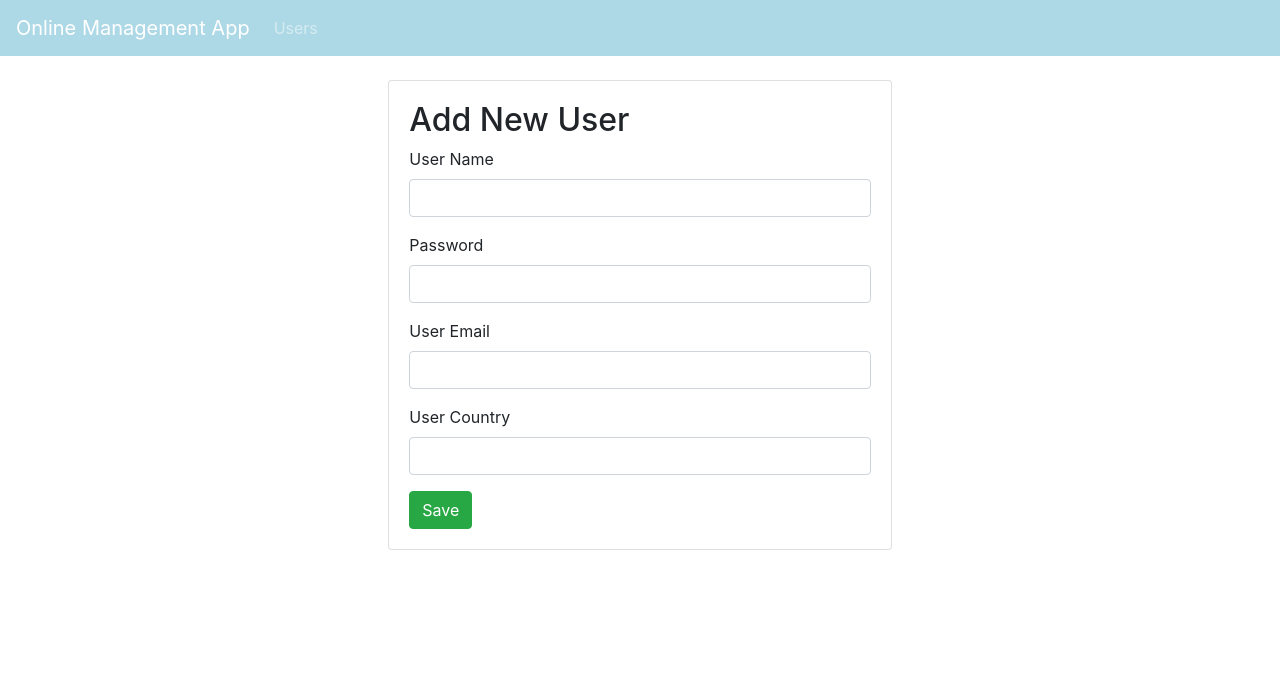
Repository: chamoddevinda0001/myfirstServelet
Page: http://localhost/OnlineEventManagementSystem/new
An editor plug-in stored every save of this project. The page is shown before and after the next save, followed by the edit.
The browser window is 1280 px wide. The pictures show the whole page.
The page is served by Tomcat 9. Other server files are loaded and not shown.

Above is the page before, as saved 2020-10-15 15:23:28.

### OnlineEventManagementSystem/WebContent/user-form.jsp
<%@ page language="java" contentType="text/html; charset=UTF-8"
	pageEncoding="UTF-8"%>
<%@ taglib uri="http://java.sun.com/jsp/jstl/core" prefix="c"%>
<!DOCTYPE html>
<html>
<html>
<head>
<title>Online Management Application</title>
<link rel="stylesheet"
	href="https://stackpath.bootstrapcdn.com/bootstrap/4.3.1/css/bootstrap.min.css"
	integrity="sha384-ggOyR0iXCbMQv3Xipma34MD+dH/1fQ784/j6cY/iJTQUOhcWr7x9JvoRxT2MZw1T"
	crossorigin="anonymous">
</head>
<body>

	<header>
		<nav class="navbar navbar-expand-md navbar-dark"
			style="background-color: #ADD8E6;">
			<div>
				<a href="https://www.javaguides.net" class="navbar-brand"> Online Management App </a>
			</div>

			<ul class="navbar-nav">
				<li><a href="<%=request.getContextPath()%>/list"
					class="nav-link">Users</a></li>
			</ul>
		</nav>
	</header>
	<br>
	<div class="container col-md-5">
		<div class="card">
			<div class="card-body">
				<c:if test="${user != null}">
					<form action="update" method="post">
				</c:if>
				<c:if test="${user == null}">
					<form action="insert" method="post">
				</c:if>

				<caption>
					<h2>
						<c:if test="${user != null}">
            			Edit User
            		</c:if>
						<c:if test="${user == null}">
            			Add New User
            		</c:if>
					</h2>
				</caption>

				<c:if test="${user != null}">
					<input type="hidden" name="idnumber" value="<c:out value='${user.idnumber}' />" />
				</c:if>

				<fieldset class="form-group">
					<label>User Name</label> <input type="text"
						value="<c:out value='${user.username}' />" class="form-control"
						name="username" required="required">
				</fieldset>

				<fieldset class="form-group">
					<label>Password</label> <input type="password"
						value="<c:out value='${user.password}' />" class="form-control"
						name="password" required="required">
				</fieldset>

				<fieldset class="form-group">
					<label>User Email</label> <input type="email"
						value="<c:out value='${user.email}' />" class="form-control"
						name="email">
				</fieldset>

				<fieldset class="form-group">
					<label>User Country</label> <input type="text"
						value="<c:out value='${user.country}' />" class="form-control"
						name="country">
				</fieldset>

				<button type="submit" class="btn btn-success">Save</button>
				</form>
			</div>
		</div>
	</div>
</body>
</html>

### OnlineEventManagementSystem/src/jsp/usermanagement/web/UserServlet.java
package jsp.usermanagement.web;

import java.io.IOException;
import java.sql.SQLException;
import java.util.List;

import javax.servlet.RequestDispatcher;
import javax.servlet.ServletException;
import javax.servlet.annotation.WebServlet;
import javax.servlet.http.HttpServlet;
import javax.servlet.http.HttpServletRequest;
import javax.servlet.http.HttpServletResponse;

import jsp.usermanagement.dao.UserDAO;
import jsp.usermanagement.model.User;


/**
 * Servlet implementation class UserServlet
 */
@WebServlet("/")
public class UserServlet extends HttpServlet {
	private static final long serialVersionUID = 1L;
	private UserDAO userDAO;

	public void init() {
		userDAO = new UserDAO();
	}

    /**
     * @see HttpServlet#HttpServlet()
     */
    public UserServlet() {
        super();
        // TODO Auto-generated constructor stub
    }



    /**
	 * @see HttpServlet#doPost(HttpServletRequest request, HttpServletResponse response)
	 */
	protected void doPost(HttpServletRequest request, HttpServletResponse response) throws ServletException, IOException {
		// TODO Auto-generated method stub
		doGet(request, response);
	}

	/**
	 * @see HttpServlet#doGet(HttpServletRequest request, HttpServletResponse response)
	 */
	protected void doGet(HttpServletRequest request, HttpServletResponse response)
			throws ServletException, IOException {
		String action = request.getServletPath();

		try {
			switch (action) {
			case "/new":
				showNewForm(request, response);
				break;
			case "/insert":
				insertUser(request, response);
				break;
			case "/delete":
				deleteUser(request, response);
				break;
			case "/edit":
				showEditForm(request, response);
				break;
			case "/update":
				updateUser(request, response);
				break;
			default:
				listUser(request, response);
				break;
			}
		}catch (SQLException ex) {
			throw new ServletException(ex);
		}
	}

	private void listUser(HttpServletRequest request, HttpServletResponse response)
			throws SQLException, IOException, ServletException {
		List<User> listUser = userDAO.selectAllUsers();
		request.setAttribute("listUser", listUser);
		RequestDispatcher dispatcher = request.getRequestDispatcher("user-list.jsp");
		dispatcher.forward(request, response);
	}


	private void showNewForm(HttpServletRequest request, HttpServletResponse response)
			throws ServletException, IOException {
		RequestDispatcher dispatcher = request.getRequestDispatcher("user-form.jsp");
		dispatcher.forward(request, response);
	}

	private void showEditForm(HttpServletRequest request, HttpServletResponse response)
			throws SQLException, ServletException, IOException {
		int idnumber = Integer.parseInt(request.getParameter("idnumber"));
		User existingUser = userDAO.selectUser(idnumber);
		RequestDispatcher dispatcher = request.getRequestDispatcher("user-form.jsp");
		request.setAttribute("user", existingUser);
		dispatcher.forward(request, response);

	}

	private void insertUser(HttpServletRequest request, HttpServletResponse response)
			throws SQLException, IOException {
		int idnumber 		= Integer.parseInt(request.getParameter("idnumber"));
		 String username	= request.getParameter("username");
		 String	password	= request.getParameter("password");
		 String email		= request.getParameter("email");
		 String contactno	= request.getParameter("contactno");
		 String occupation	= request.getParameter("occupation");
		 String address		= request.getParameter("address");
		 String country 	= request.getParameter("country");

		 User user = new User( idnumber, username, password, email, contactno, occupation,address, country);

		userDAO.insertUser(user);
		response.sendRedirect("list");
	}

	private void updateUser(HttpServletRequest request, HttpServletResponse response)
			throws SQLException, IOException {
		 String username	= request.getParameter("username");
		 String	password	= request.getParameter("password");
		 String email		= request.getParameter("email");
		 String contactno	= request.getParameter("contactno");
		 String occupation	= request.getParameter("occupation");
		 String address		= request.getParameter("address");
		 String country 	= request.getParameter("country");

		User book = new User( username, password, email, contactno, occupation,address, country);

		userDAO.updateUser(book);
		response.sendRedirect("list");
	}

	private void deleteUser(HttpServletRequest request, HttpServletResponse response)
			throws SQLException, IOException {
		int idnumber = Integer.parseInt(request.getParameter("idnumber"));
		userDAO.deleteUser(idnumber);
		response.sendRedirect("list");

	}

}

After the next save:
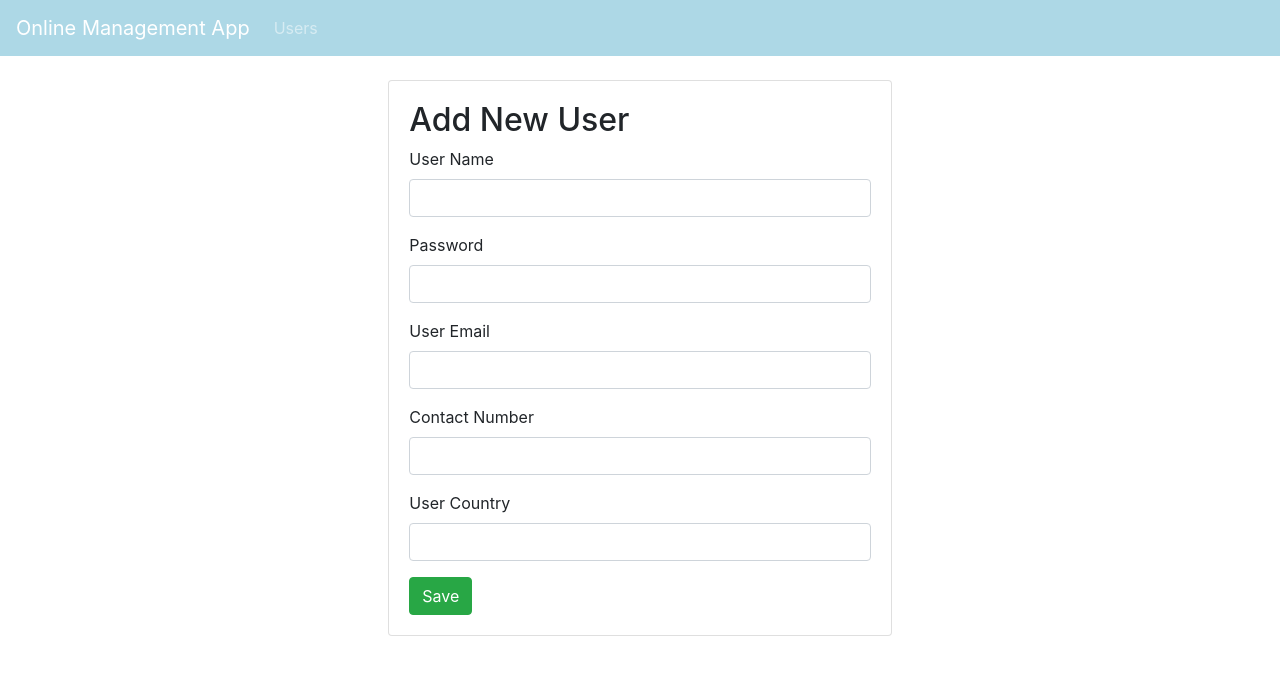
Saved 102 s later.
--- a/OnlineEventManagementSystem/WebContent/user-form.jsp
+++ b/OnlineEventManagementSystem/WebContent/user-form.jsp
@@ -71,6 +71,12 @@
 				</fieldset>
 
 				<fieldset class="form-group">
+					<label>Contact Number</label> <input type="number"
+						value="<c:out value='${user.contactno}' />" class="form-control"
+						name="contactno">
+				</fieldset>
+
+				<fieldset class="form-group">
 					<label>User Country</label> <input type="text"
 						value="<c:out value='${user.country}' />" class="form-control"
 						name="country">
